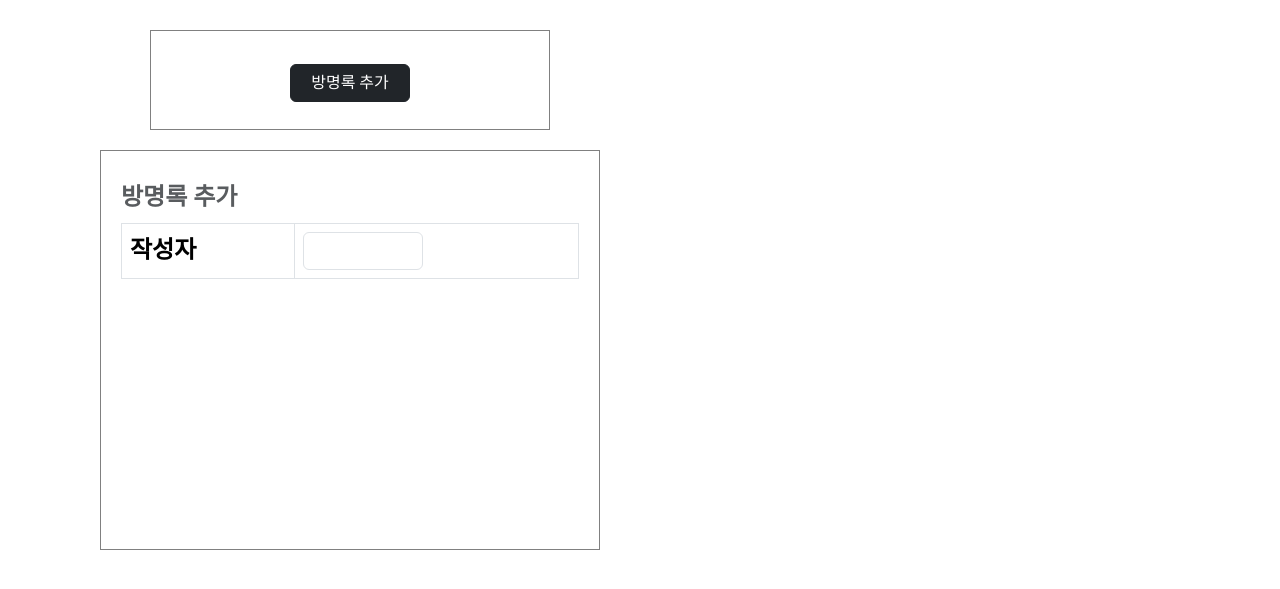
Repository: jini8293/Sist_04
Page: jspwork/jspProject/src/main/webapp/ajaxMyWorld/myWorld.html
An editor plug-in stored every save of this project. The page is shown before and after the next save, followed by the edit.
The browser window is 1280 px wide. The pictures show the whole page.
Some web fonts or font styles are not loaded; a fallback is used.

Above is the page before, as saved 2024-03-07 05:19:22.

After the next save:
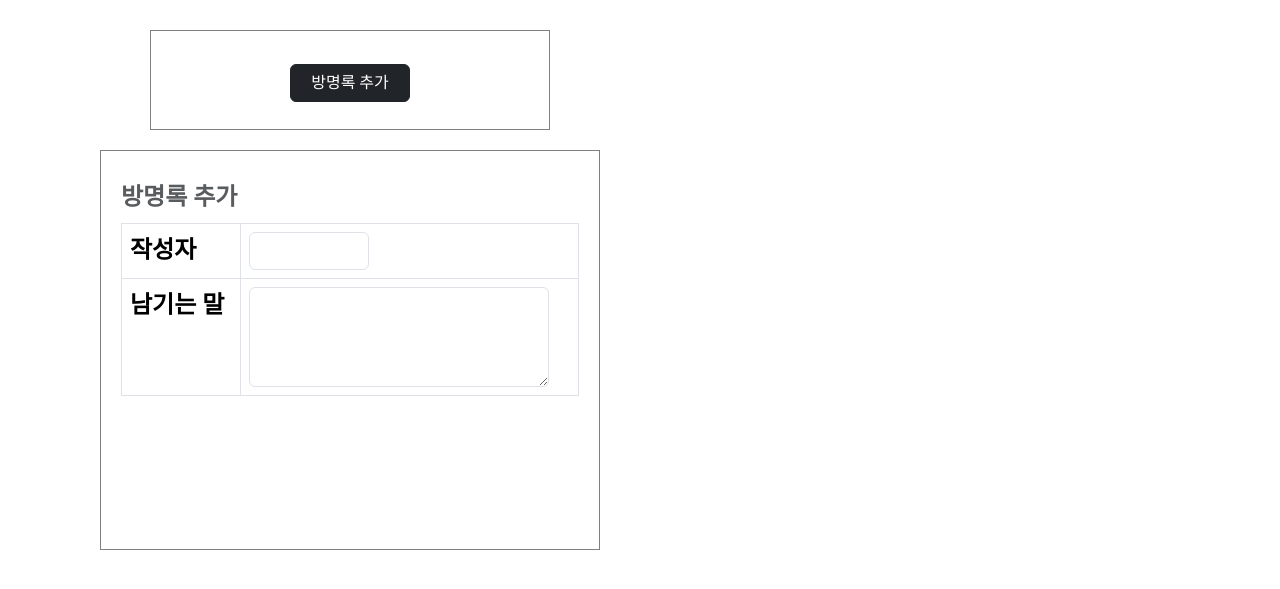
Saved 2 min 16 s later.
--- a/jspwork/jspProject/src/main/webapp/ajaxMyWorld/myWorld.html
+++ b/jspwork/jspProject/src/main/webapp/ajaxMyWorld/myWorld.html
@@ -53,6 +53,12 @@
 					<td><input type="text" class="form-control input-sm"
 						name="writer" id="writer" style="width: 120px;"></td>
 				</tr>
+				<tr>
+					<th>남기는 말</th>
+					<td>
+						<textarea style="width: 300px; height: 100px" class="form-control"></textarea>
+					</td>
+				</tr>
 			</table>
 		</form>
 	</div>
